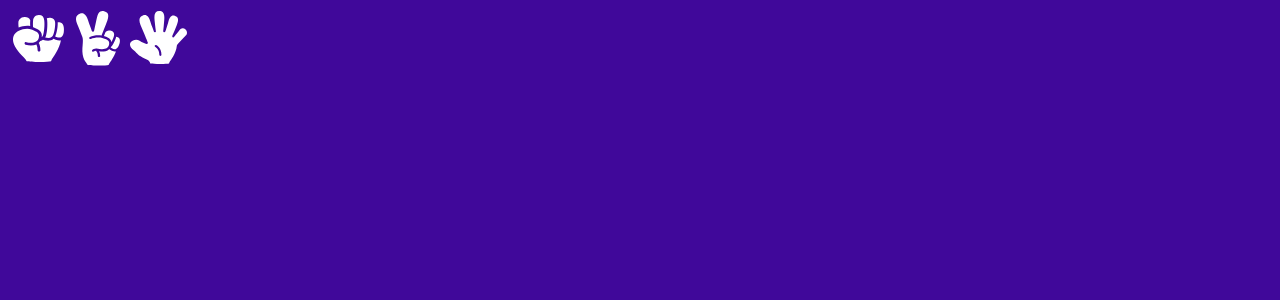
Repository: HI-CLAIRE/s.s.a.f.y_java
Page: / (app in rock-scissor-paper/)
An editor plug-in stored every save of this project. The page is shown before and after the next save, followed by the edit.
The browser window is 1280 px wide. The pictures show the whole page.
The project was rebuilt for these pictures with package versions that can differ from the ones it lists, and the page was loaded fresh each time.

Above is the page before, as saved 2022-12-12 19:50:02.

After the next save:
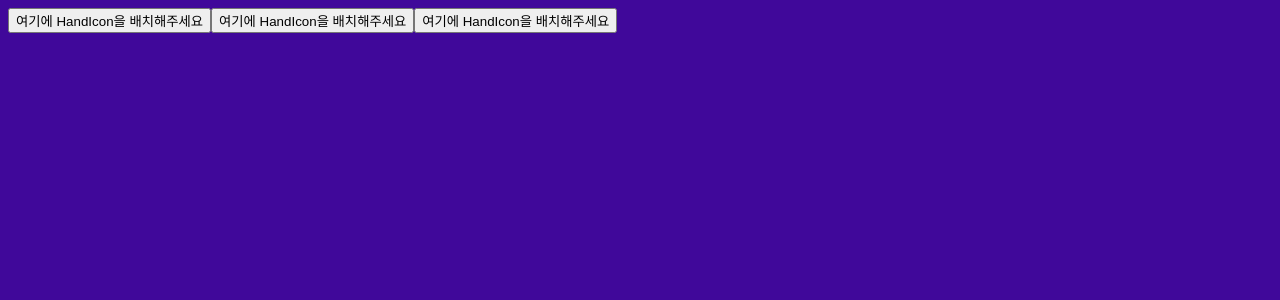
Saved 3 min 49 s later.
--- a/rock-scissor-paper/src/App.js
+++ b/rock-scissor-paper/src/App.js
@@ -1,11 +1,12 @@
-import HandIcon from "./HandIcon";
+import HandButton from "./HandButton";
 
 function App() {
+  const handleClick = (value) => console.log(value);
   return (
     <div>
-      <HandIcon value="rock" />
-      <HandIcon value="scissor" />
-      <HandIcon value="paper" />
+      <HandButton value="rock" onClick={handleClick} />
+      <HandButton value="scissor" onClick={handleClick} />
+      <HandButton value="paper" onClick={handleClick} />
     </div>
   );
 }
